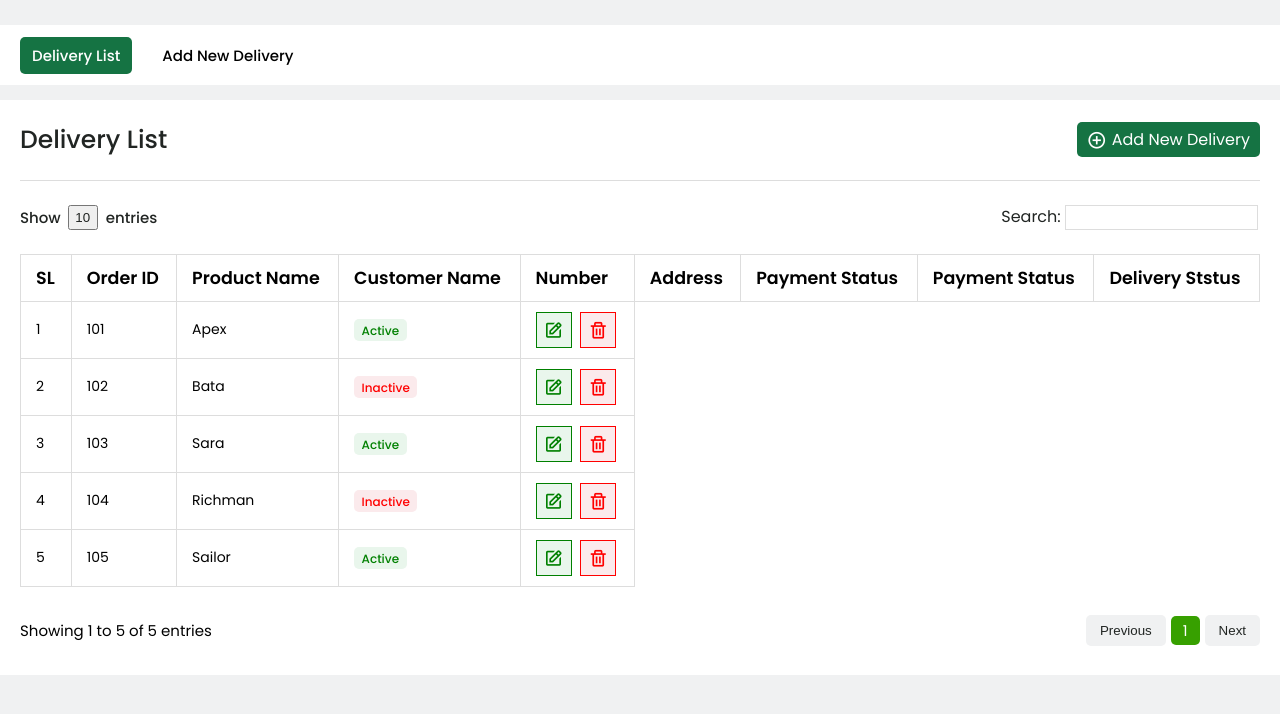
Repository: codebyaddro/delivery-page
Page: delivery.html
These files come from the project's save history. The page is drawn as it stood at one moment and after the next save; the edit follows.
The browser window is 1280 px wide. The pictures show the whole page.

Above is the page before, as saved 2025-02-27 13:53:36.

### delivery.html
<!DOCTYPE html>
<html lang="en">
<head>
    <meta charset="UTF-8">
    <meta name="viewport" content="width=device-width, initial-scale=1.0">
    <link rel="stylesheet" href="/delivery.css">
    <link href='https://unpkg.com/boxicons@2.1.4/css/boxicons.min.css' rel='stylesheet'>
    <title>Document</title>
</head>
<body>
    <div class="brand-container">
        <div class="top-menus">
            <ul>
                <li><a href="/index.html" class="active-menu">Delivery List</a></li>
                <li><a href="/inner-page/html/anb.html" class="light-up">Add New Delivery</a></li>
            </ul>
        </div>
        <div class="list-container">
            <div class="heading-add-new-btn">
                <div class="heading">
                    <h2>Delivery List</h2>
                </div>
                <div class="add-new-btn">
                    <i class='add-icon bx bx-plus-circle'></i>
                    <a href="/inner-page/html/anb.html">Add New Delivery</a>
                </div>
            </div>
            <div class="list-short-dpdwn-search-box">
                <div class="list-short-dpdwn">
                    <h3>Show</h3>
                    <select name="10" id="">
                        <option value="">10</option>
                        <option value="">20</option>
                        <option value="">30</option>
                        <option value="">All</option>
                    </select>
                    <h3>entries</h3>
                </div>
                <div class="search-box">
                    <legend>Search: <input type="text"></legend>
                </div>
            </div>
            <div class="table-list">
                <table>
                    <thead>
                        <tr>
                            <th title="SL">SL</th>
                            <th title="Code">Order ID</th>
                            <th title="Code">Product Name</th>
                            <th title="Code">Customer Name</th>
                            <th title="Category Name">Number</th>
                            <th title="Category Name">Address</th>
                            <th title="Status">Payment Status</th>
                            <th title="Status">Payment Status</th>
                            <th title="Action">Delivery Ststus</th>
                        </tr>
                    </thead>
                    <tbody>
                        <tr>
                            <td>1</td>
                            <td>101</td>
                            <td>Apex</td>
                            <td><span class="active">Active</span></td>
                            <td>
                                <a title="Edit" href="#"><i class='edit-icon bx bx-edit'></i></a>
                                <a title="Delete" href="#"><i class='delete-icon bx bx-trash'></i></a>
                            </td>
                        </tr>
                        <tr>
                            <td>2</td>
                            <td>102</td>
                            <td>Bata</td>
                            <td><span class="inactive">Inactive</span></td>
                            <td>
                                <a title="Edit" href="#"><i class='edit-icon bx bx-edit'></i></a>
                                <a title="Delete" href="#"><i class='delete-icon bx bx-trash'></i></a>
                            </td>
                        </tr>
                        <tr>
                            <td>3</td>
                            <td>103</td>
                            <td>Sara</td>
                            <td><span class="active">Active</span></td>
                            <td>
                                <a title="Edit" href="#"><i class='edit-icon bx bx-edit'></i></a>
                                <a title="Delete" href="#"><i class='delete-icon bx bx-trash'></i></a>
                            </td>
                        </tr>
                        <tr>
                            <td>4</td>
                            <td>104</td>
                            <td>Richman</td>
                            <td><span class="inactive">Inactive</span></td>
                            <td>
                                <a title="Edit" href="#"><i class='edit-icon bx bx-edit'></i></a>
                                <a title="Delete" href="#"><i class='delete-icon bx bx-trash'></i></a>
                            </td>
                        </tr>
                        <tr>
                            <td>5</td>
                            <td>105</td>
                            <td>Sailor</td>
                            <td><span class="active">Active</span></td>
                            <td>
                                <a title="Edit" href="#"><i class='edit-icon bx bx-edit'></i></a>
                                <a title="Delete" href="#"><i class='delete-icon bx bx-trash'></i></a>
                            </td>
                        </tr>
                    </tbody>
                </table>
            </div>
            <div class="entries-details-list-page-btn">
                <div class="entries-details">
                    Showing <span>1</span> to <span>5</span> of <span>5</span> entries
                </div>
                <div class="list-page-btn">
                    <button>Previous</button>
                    <h4><span>1</span></h4>
                    <button>Next</button>
                </div>
            </div>
        </div>
    </div>
</body>
</html>

### delivery.css
/* -- fonts -- */
@import url('https://fonts.googleapis.com/css2?family=Poppins:ital,wght@0,100;0,200;0,300;0,400;0,500;0,600;0,700;0,800;0,900;1,100;1,200;1,300;1,400;1,500;1,600;1,700;1,800;1,900&family=Raleway:ital,wght@0,100..900;1,100..900&family=Roboto:ital,wght@0,100;0,300;0,400;0,500;0,700;0,900;1,100;1,300;1,400;1,500;1,700;1,900&family=VT323&display=swap');

/* -- root -- */

:root {
    --gray-white: #F0F1F2;
    --white: #FFFFFF;
    --black: #000000;
    --gray-black: #DDDDDD;
    --light-black: #212523;
    --light-black-op: #21252350;
    --main-green: #157343;
    --main-light: #37A000;
    --light-orange: #FD7E14;
    --green: #008000;
    --light-green: #e9f6ec;
    --red: #FF0000;
    --light-red: #fbeaec;
}

/* ---------- */

* {
    box-sizing: border-box;
}

body {
    margin: 0;
    padding: 0;
    font-family: "Poppins", serif;
    background-color: var(--gray-white);
}

::selection {
    color: var(--white);
    background-color: var(--main-light);
}

/* -- category container style -- */

.brand-container {
    width: 100%;
    margin-top: 25px;
}

/* -- top menus style--  */

.top-menus {
    background-color: var(--white);
    display: flex;
    justify-content: left;
    align-items: center;
    height: 60px;
    margin-bottom: 15px;
}

.top-menus ul {
    list-style-type: none;
    display: flex;
    gap: 30px;
    margin-left: -20px;
}

.top-menus ul li a {
    text-decoration: none;
    color: var(--black);
    font-size: 15px;
    font-weight: 500;
}

/* -- active menu style -- */

.active-menu {
    color: var(--white)!important;
    background-color: var(--main-green);
    padding: 8px 12px;
    border-radius: 5px;
}

/* -- menu hover style -- */

.light-up:hover {
    color: var(--light-orange);
}

/* -- list container style -- */

.list-container {
    background-color: var(--white);
    padding: 0px 20px;
}

/* -- heading-add-new-btn style -- */

.heading-add-new-btn {
    display: flex;
    justify-content: space-between;
    align-items: center;
    border-bottom: 1px solid var(--gray-black) ;
}

.heading h2 {
    color: var(--light-black);
    font-size: 25px;
    font-weight: 500;
}

/* -- add-new-btn style -- */

.add-new-btn {
    display: flex;
    gap: 5px;
    justify-content: baseline;
    align-items: center;
}

.add-new-btn {
    background-color: var(--main-green);
    padding: 5px 10px;
    border-radius: 5px;
}

.add-new-btn a {
    color: var(--white);
    text-decoration: none;
}

.add-icon {
    color: var(--white);
    font-size: 20px;
}

/* -- list-short-dpdwn-search-box style -- */

.list-short-dpdwn-search-box {
    display: flex;
    justify-content: space-between;
    align-items: center;
    padding: 10px 0px;
}

/* -- list-short-dpdwn style -- */

.list-short-dpdwn {
    display: flex;
    gap: 7.5px;
    align-items: center;
}

.list-short-dpdwn h3 {
    color: var(--light-black);
    font-size: 15px;
    font-weight: 500;
}

.list-short-dpdwn select {
    color: var(--light-black);
    appearance: none;
    height: 25px;
    width: 30px;
    padding-left: 6px;
    outline: none;
    border-radius: 2.5px;
}

/* -- search-box style -- */

.search-box {
    display: flex;
    align-items: center;
}

.search-box legend {
    color: var(--light-black);
}

.search-box input {
    outline: none;
    height: 25px;
    width: 193px;
    border: 1px solid var(--gray-black);
}

/* -- table-list style --*/

table {
    border-collapse: collapse;
    width: 100%;
}

/* -- thead style -- */

thead {
    cursor: pointer;
}

th, td {
    border: 1px solid var(--gray-black);
    padding: 10px 15px;
}

thead tr th {
    font-size: 17.5px;
    font-weight: 600;
    text-align: left;
}

tbody tr td {
    font-size: 14px;
}

tbody tr:hover {
    background-color: var(--gray-white);
}

/* -- tbody style -- */

/* status style */

.active {
    color: var(--green);
    background-color: var(--light-green);
    font-size: 12px;
    font-weight: 500;
    padding: 2.5px 7.5px;
    border-radius: 5px;
}

.inactive {
    color: var(--red);
    background-color: var(--light-red);
    font-size: 12px;
    font-weight: 500;
    padding: 2.5px 7.5px;
    border-radius: 5px;
}

/* -- action style -- */

.edit-icon {
    color: var(--green);
    background-color: var(--light-green);
    padding: 7px 7px;
    margin-right: 2.5px;
    border: 1px solid var(--green);
    font-size: 20px;
}

.edit-icon:hover {
    background-color: var(--light-black-op);
}

.delete-icon {
    color: var(--red);
    background-color: var(--light-red);
    padding: 7px 7px;
    margin-left: 2.5px;
    border: 1px solid var(--red);
    font-size: 20px;
}

.delete-icon:hover {
    background-color: var(--light-black-op);
}

/* -- entries-details-list-page-btn style -- */

.entries-details-list-page-btn {
    display: flex;
    justify-content: space-between;
    align-items: center;
    padding: 10px 0px;
}

.entries-details {
    color: var(--black);
    font-size: 15px;
}

.list-page-btn {
    display: flex;
    gap: 5px;
    align-items: center;
}

.list-page-btn button {
    color: var(--light-black);
    background-color: var(--gray-white);
    padding: 8px 14px;
    border: none;
    border-radius: 5px;
    cursor: pointer;
}

.list-page-btn h4 {
    color: var(--white);
    background-color: var(--main-light);
    font-size: 15px;
    font-weight: 400;
    padding: 3px 12px;
    border-radius: 5px;
}

After the next save:
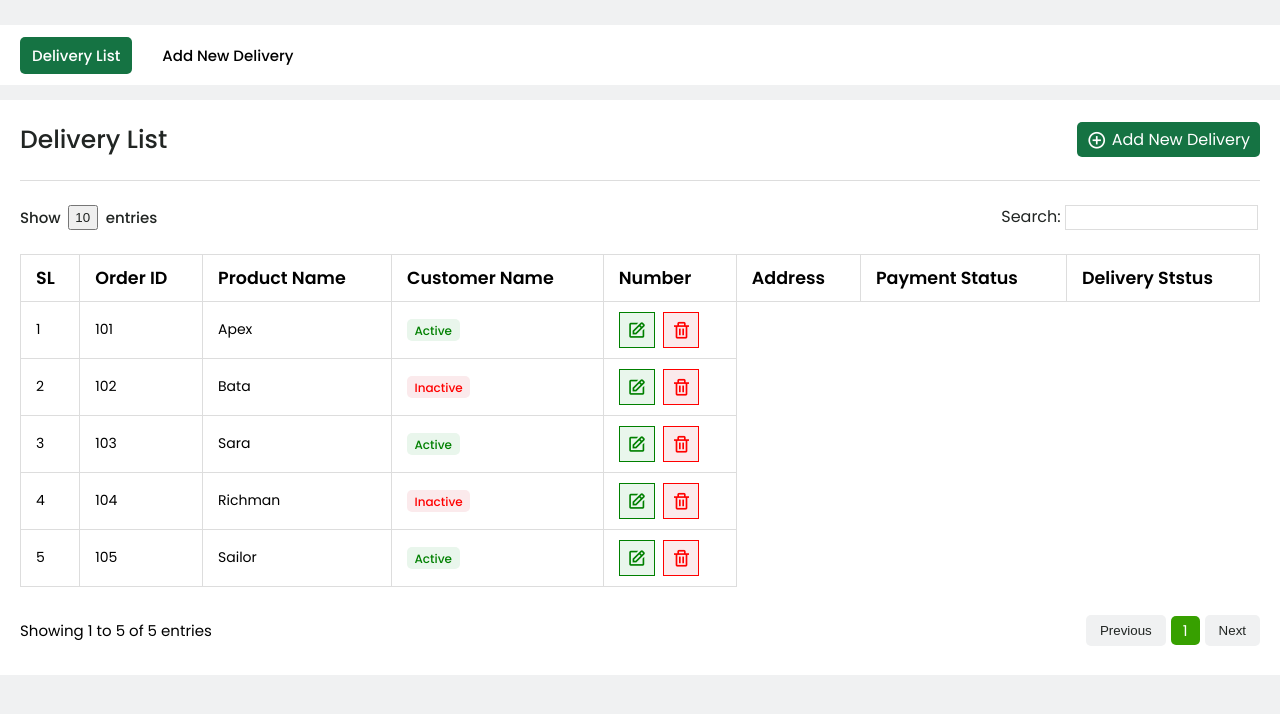
Saved 4 s later.
--- a/delivery.html
+++ b/delivery.html
@@ -50,7 +50,6 @@
                             <th title="Code">Customer Name</th>
                             <th title="Category Name">Number</th>
                             <th title="Category Name">Address</th>
-                            <th title="Status">Payment Status</th>
                             <th title="Status">Payment Status</th>
                             <th title="Action">Delivery Ststus</th>
                         </tr>
